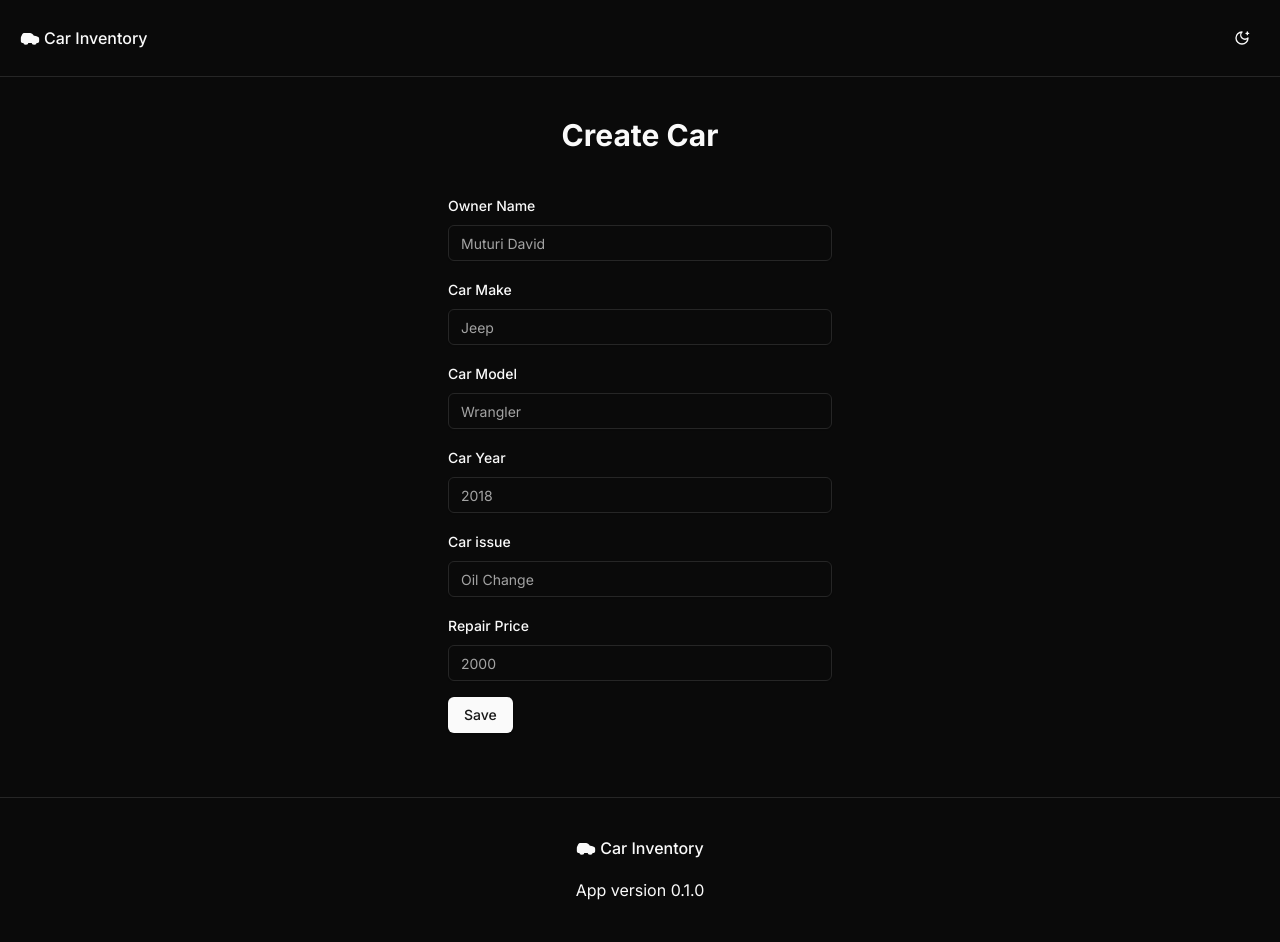
Repository: tushcmd/car-inventory
Page: /create (app in frontend/)
These files come from the project's save history. The page is drawn as it stood at one moment and after a run of saves; the edit follows.
The browser window is 1280 px wide. The pictures show the whole page.
The project was rebuilt for these pictures with package versions that can differ from the ones it lists, and the page was loaded fresh each time. The framework's server and built-in components were replaced by stand-ins that run in the browser. Also part of the build but not shown: frontend/next.config.mjs.

Above is the page before, as saved 2024-05-25 23:13:08.

After the next 2 saves:
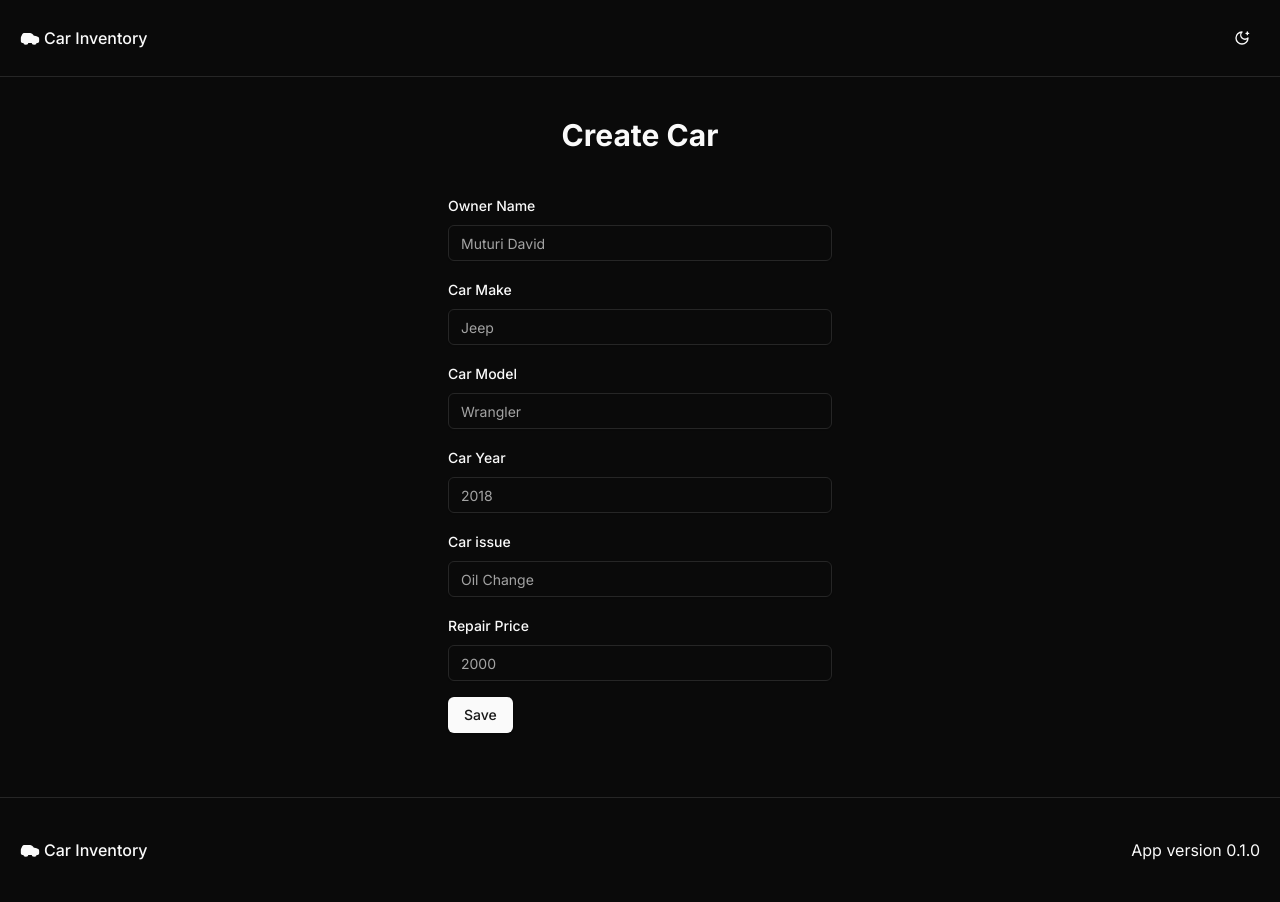
The 2 saves are shown as one change because 1 did not build or start.
The last was saved 57 min 9 s later.
--- a/frontend/components/shared/Footer.tsx
+++ b/frontend/components/shared/Footer.tsx
@@ -4,7 +4,7 @@ import Logo from './Logo'
 const Footer: FC = () => {
   return (
     <footer className='border-t'>
-        <div className='layout-container flex flex-col gap-5 items-center  justify-center py-10'>
+        <div className='layout-container flex flex-row gap-5 items-center  justify-between py-10'>
             <Logo />
             <p>App version 0.1.0</p>
         </div>
@@ -14,3 +14,30 @@ const Footer: FC = () => {
 }
 
 export default Footer
+
+{/*
+
+<div className="inline-flex p-6 max-w-3xl gap-3 items-center text-center">
+            <div>
+                <Link
+                    href="https://github.com/tushcmd/next-puns-ai"
+                    target="_blank"
+                    rel="noreferrer"
+                    className="text-gray-500 hover:text-gray-900 dark:text-gray-400 dark:hover:text-gray-200"
+                >
+                    <svg xmlns="http://www.w3.org/2000/svg" width="24" height="24" viewBox="0 0 24 24" fill="none" stroke="currentColor" stroke-width="2" stroke-linecap="round" stroke-linejoin="round" className="lucide lucide-github"><path d="M15 22v-4a4.8 4.8 0 0 0-1-3.5c3 0 6-2 6-5.5.08-1.25-.27-2.48-1-3.5.28-1.15.28-2.35 0-3.5 0 0-1 0-3 1.5-2.64-.5-5.36-.5-8 0C6 2 5 2 5 2c-.3 1.15-.3 2.35 0 3.5A5.403 5.403 0 0 0 4 9c0 3.5 3 5.5 6 5.5-.39.49-.68 1.05-.85 1.65-.17.6-.22 1.23-.15 1.85v4" /><path d="M9 18c-4.51 2-5-2-7-2" /></svg>
+                </Link>
+            </div>
+            <Link
+                className="pointer-events-none flex place-items-center gap-2 px-8 lg:pointer-events-auto lg:p-0"
+                href="https://tushdev.co/"
+                target="_blank"
+                rel="noopener noreferrer"
+            >
+                By{" "}
+                <p>@tush</p>
+            </Link>
+
+        </div>
+
+        */}
